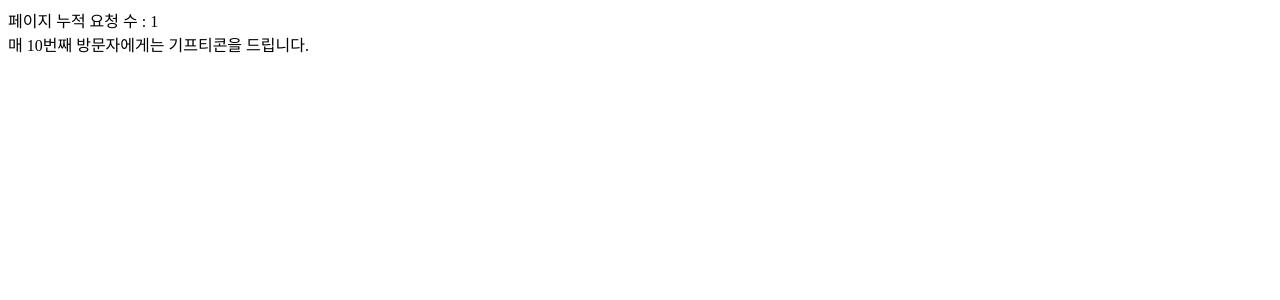
Repository: HeeMang28/jsp
Page: http://localhost/JSPBasic/jsptag/tag_quiz02.jsp
These files come from the project's save history. The page is drawn as it stood at one moment and after the next save; the edit follows.
The browser window is 1280 px wide. The pictures show the whole page.
The page is served by Tomcat 9. Other server files are loaded and not shown.

Above is the page before, as saved 2022-03-23 09:45:05.

### JSPBasic/src/main/webapp/jsptag/tag_quiz02.jsp
<%@ page language="java" contentType="text/html; charset=UTF-8"
    pageEncoding="UTF-8"%>
<!DOCTYPE html>
<html>
<head>
<meta charset="UTF-8">
<title>Insert title here</title>
</head>
<body>
<%!
	int total = 0;
%>
<%
	total++;

%>
 	페이지 누적 요청 수 : <%= total %><br/>
 	매 10번째 방문자에게는 기프티콘을 드립니다.

</body>
</html>

After the next save:
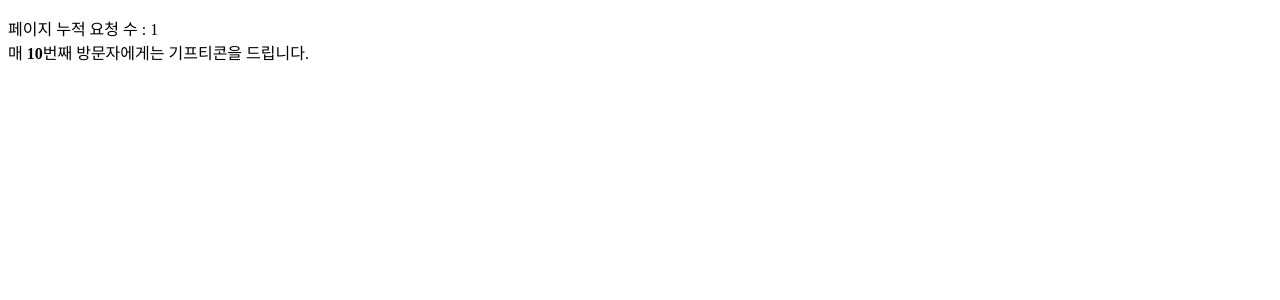
Saved 2 min 51 s later.
--- a/JSPBasic/src/main/webapp/jsptag/tag_quiz02.jsp
+++ b/JSPBasic/src/main/webapp/jsptag/tag_quiz02.jsp
@@ -10,12 +10,13 @@
 <%!
 	int total = 0;
 %>
-<%
-	total++;
-
-%>
+<% total++; %>
+	<p>
  	페이지 누적 요청 수 : <%= total %><br/>
- 	매 10번째 방문자에게는 기프티콘을 드립니다.
-
+ 	매 <b>10</b>번째 방문자에게는 기프티콘을 드립니다.<br>
+ 	<%if(total % 10 == 0){ %>
+ 		당첨되셨습니다!!
+ 	<% } %>
+	</p>
 </body>
 </html>
